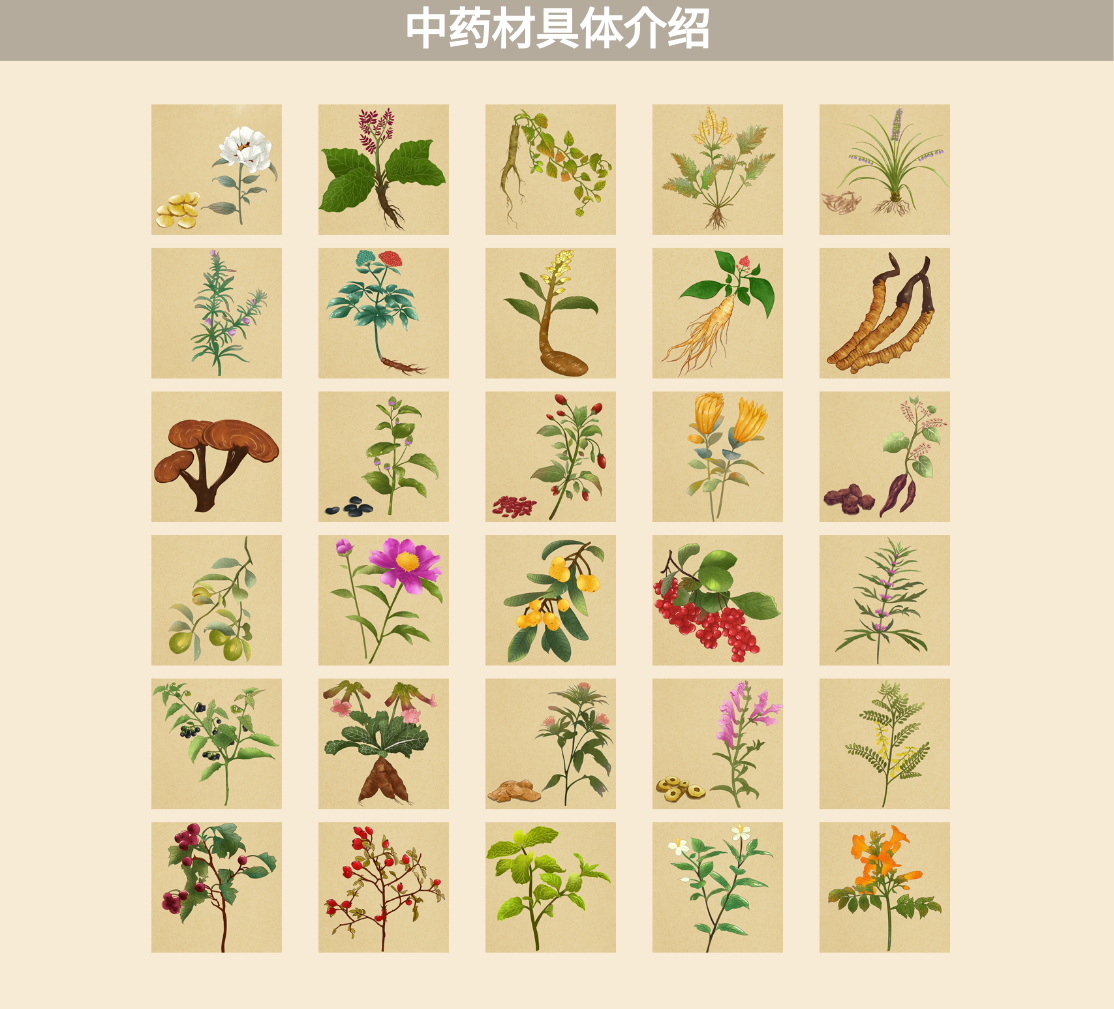
Repository: chjyume/zhongyi
Page: yaocai.html
These files come from the project's save history. The page is drawn as it stood at one moment and after the next save; the edit follows.
The browser window is 1280 px wide. The pictures show the whole page, at 87% of full size.

Above is the page before, as saved 2023-09-11 22:07:36.

After the next save:
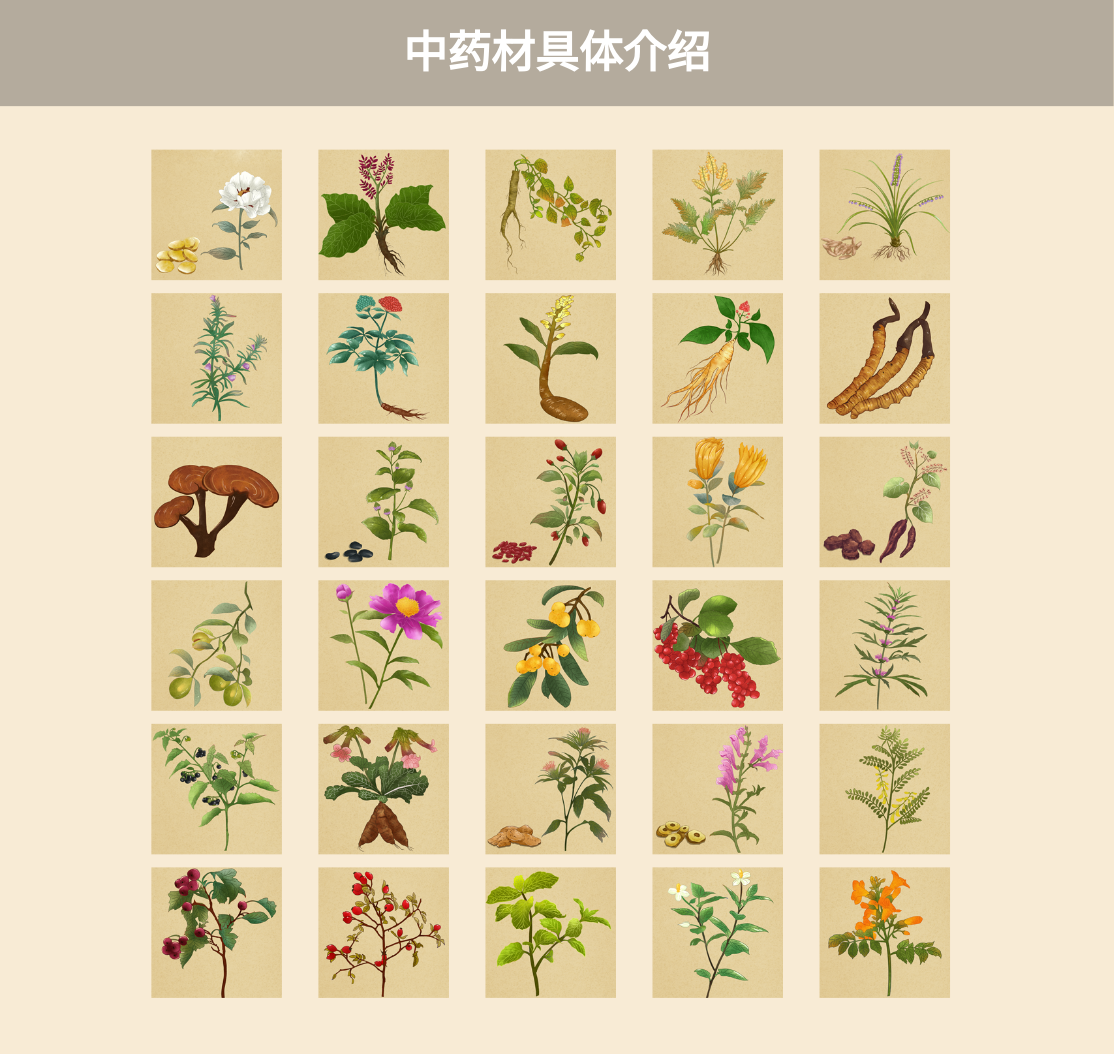
Saved 41 s later.
--- a/css/yaocai.css
+++ b/css/yaocai.css
@@ -16,7 +16,7 @@ body{
 .top-bar {
   background-color: #33333358;
   color: #fff;
-  padding: 10px;
+  padding: 5vh;
   text-align: center;
 
 }
